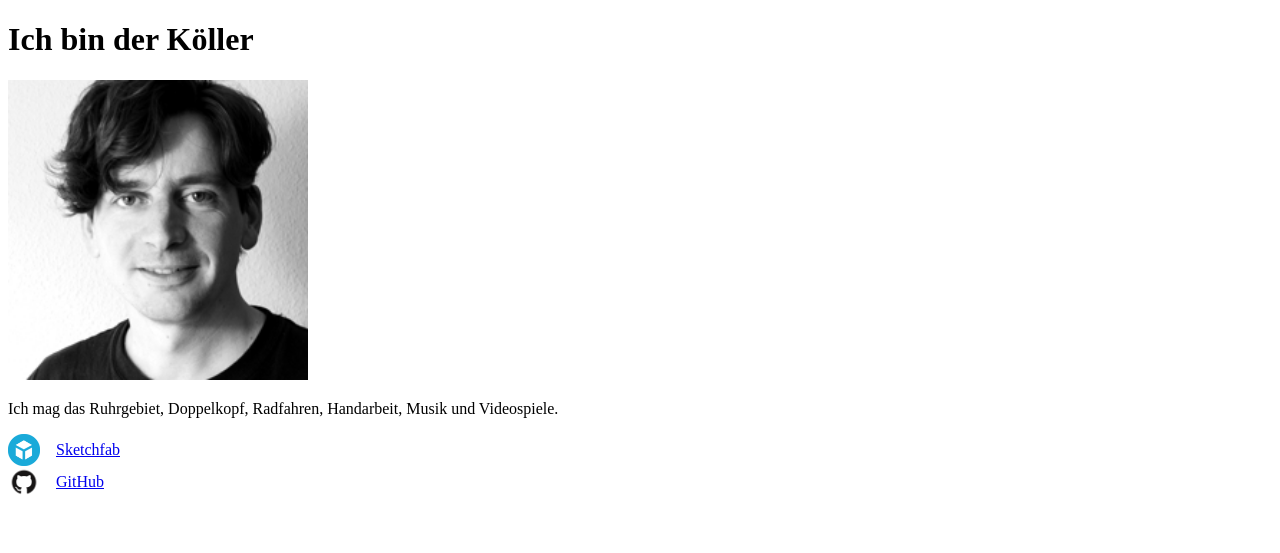
Repository: gringlas/sebastian-koeller.de
Page: index.html
An editor plug-in stored every save of this project. The page is shown before and after the next save, followed by the edit.
The browser window is 1280 px wide. The pictures show the whole page.

Above is the page before, as saved 2022-03-28 23:42:51.

After the next save:
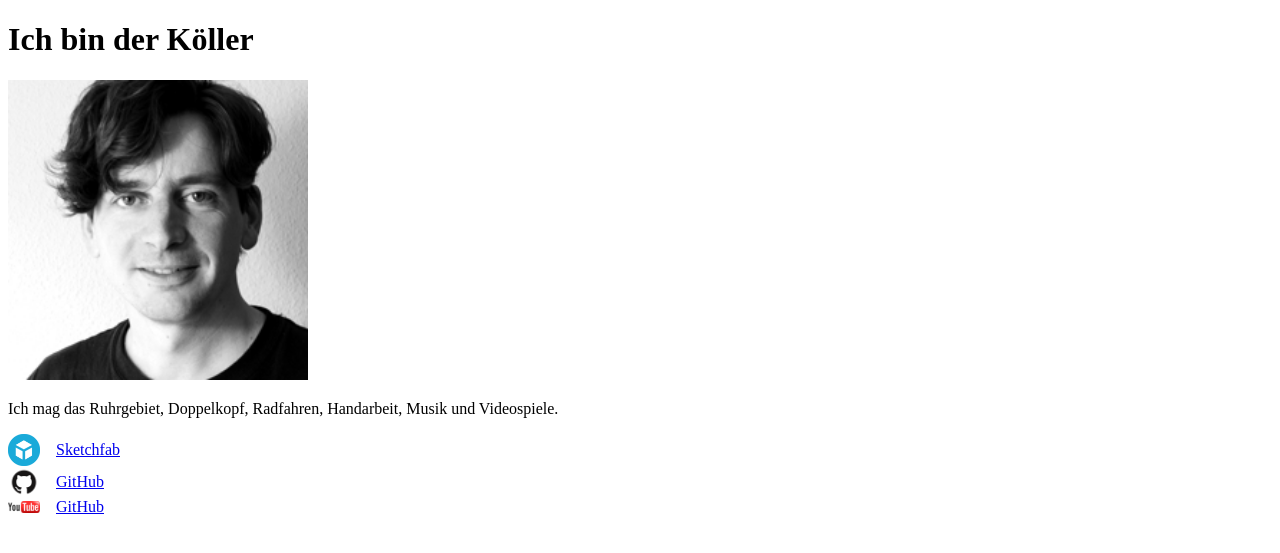
Saved 2 min 37 s later.
--- a/index.html
+++ b/index.html
@@ -38,6 +38,12 @@
                 <span>GitHub</span>
             </a>
         </li>
+        <li>
+            <a href="https://www.youtube.com/channel/UCEOvitI2NXxpG9W_qRZaPPw">
+                <img src="images/youtube-logo.png" alt="GitHub Logo" />
+                <span>GitHub</span>
+            </a>
+        </li>
     </ul>
 </body>
 
